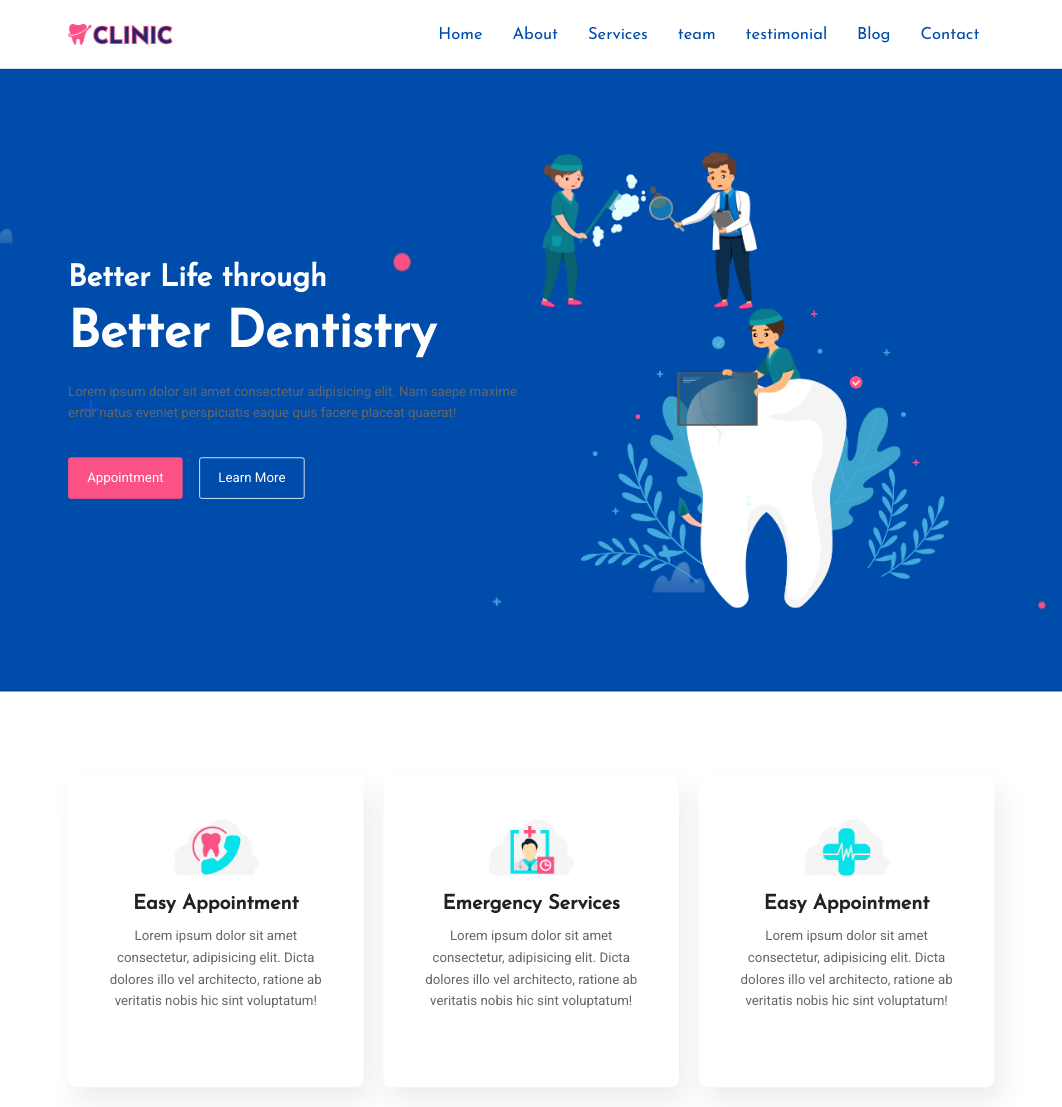
Repository: rsbappy/Project-13
Page: index.html
The author's editor kept a copy of each file at every save. The page is drawn from the files as they stood at one save, then again after the next save.
The browser window is 1280 px wide. The pictures show the whole page, at 83% of full size.
Some web libraries are served in a nearby version.

Above is the page before, as saved 2022-08-19 11:20:15.
Console error: TypeError: Cannot read properties of null (reading 'classList')

After the next save:
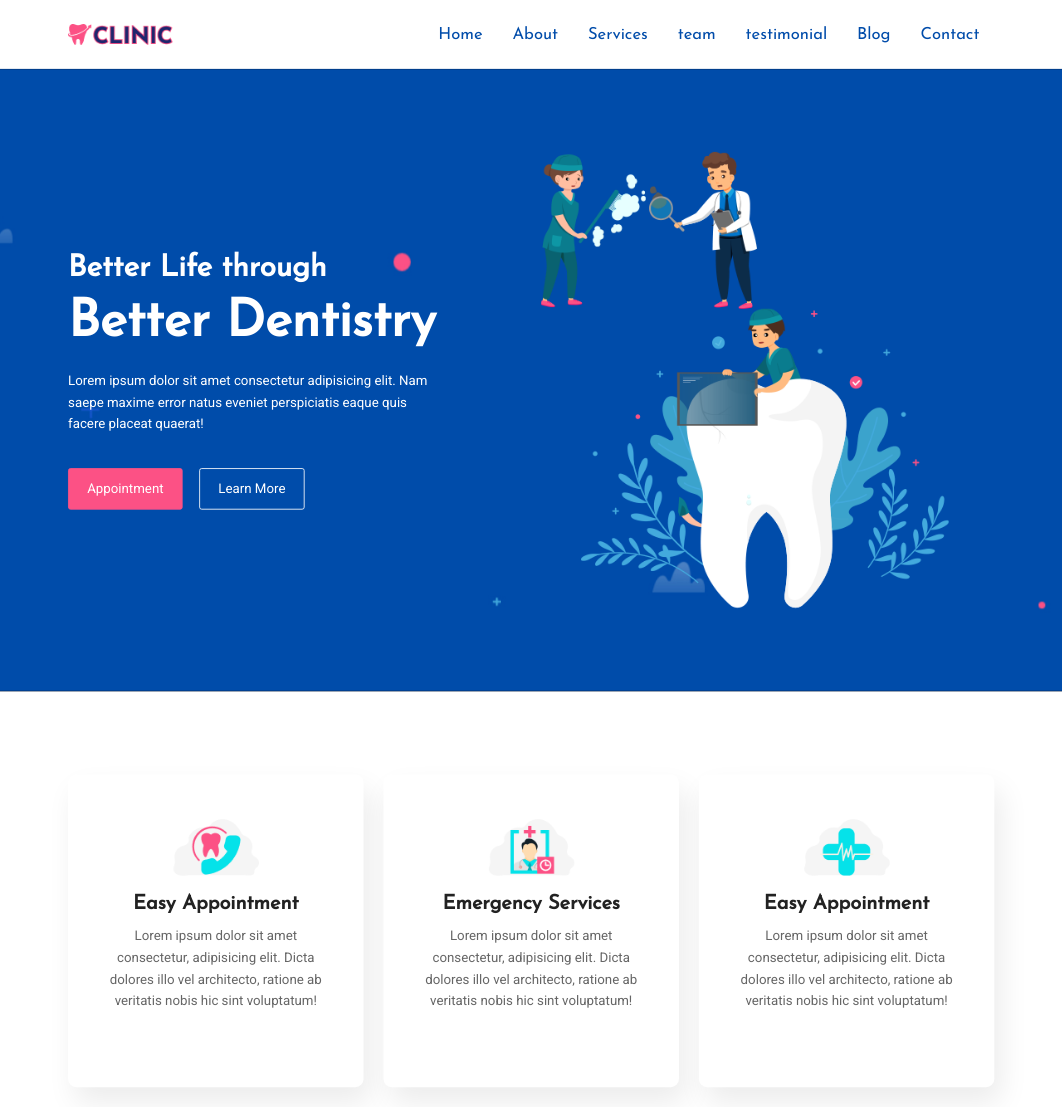
Saved 18 s later.
--- a/css/style.css
+++ b/css/style.css
@@ -232,4 +232,7 @@ p {
     background-size: cover;
 }
 
-.banner_wrapper p {}
+.banner_wrapper p {
+    max-width: 80%;
+    color: var(--bg-white);
+}
